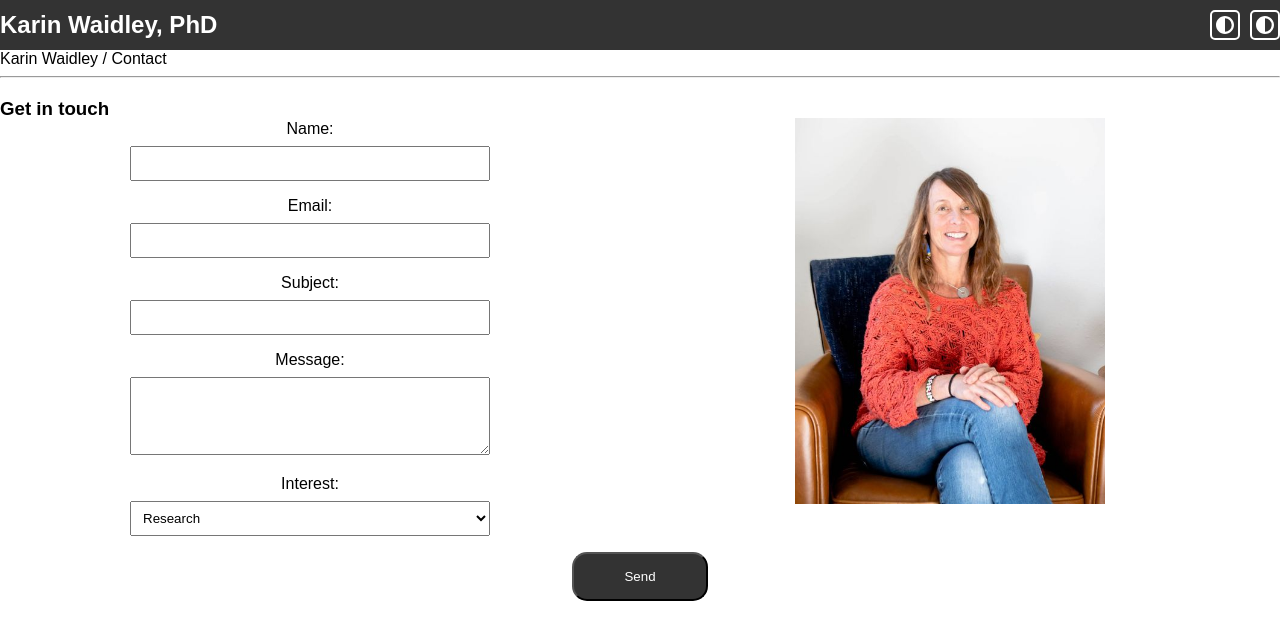
Repository: Ceasor7/Karin
Page: contact.html
An editor plug-in stored every save of this project. The page is shown before and after the next save, followed by the edit.
The browser window is 1280 px wide. The pictures show the whole page.

Above is the page before, as saved 2023-12-14 13:20:32.

After the next save:
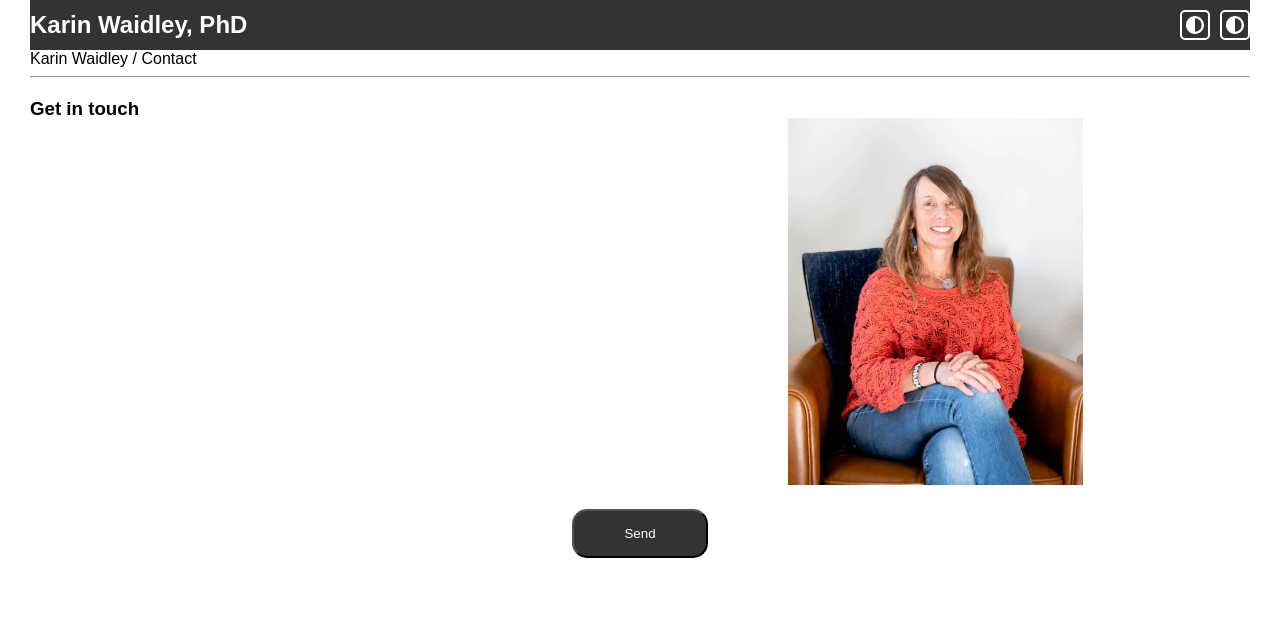
Saved 7 min 43 s later.
--- a/contact.html
+++ b/contact.html
@@ -22,6 +22,8 @@
         /* Global styles */
         body {
             font-family: Arial, sans-serif;
+            margin-left: 30px;
+            margin-right: 30px;
         }
 
         /* Navbar styles */
@@ -65,7 +67,8 @@
 
         /* Contact form styles */
         form {
-            max-width: 600px;
+            max-width: 60%;
+            /* Adjusted width */
             margin: 0 auto;
             text-align: center;
         }
@@ -78,7 +81,8 @@
         input,
         textarea,
         select {
-            width: 60%;
+            width: 100%;
+            /* Adjusted width */
             padding: 8px;
             margin-bottom: 16px;
             box-sizing: border-box;
@@ -109,6 +113,8 @@
 
         .form-button {
             text-align: center;
+            margin-top: 20px;
+            /* Added margin for spacing */
         }
 
         .formSend-button {
@@ -152,25 +158,7 @@
         <div>
             <h3>Get in touch</h3>
             <form>
-                <label for="name">Name:</label>
-                <input type="text" id="name" name="name" required>
-
-                <label for="email">Email:</label>
-                <input type="email" id="email" name="email" required>
-
-                <label for="subject">Subject:</label>
-                <input type="text" id="subject" name="subject" required>
-
-                <label for="message">Message:</label>
-                <textarea id="message" name="message" rows="4" required></textarea>
-
-                <label for="interest">Interest:</label>
-                <select id="interest" name="interest">
-                    <option value="research">Research</option>
-                    <option value="speaking">Speaking</option>
-                    <option value="teaching">Teaching</option>
-                    <option value="community-reach">Community Reach</option>
-                </select>
+                <!-- ... (your form content) ... -->
             </form>
         </div>
         <!-- New section with image -->
@@ -181,8 +169,6 @@
     <div class="form-button">
         <button class="formSend-button" type="submit">Send</button>
     </div>
-
-
 </body>
 
 </html>

After the save that followed:
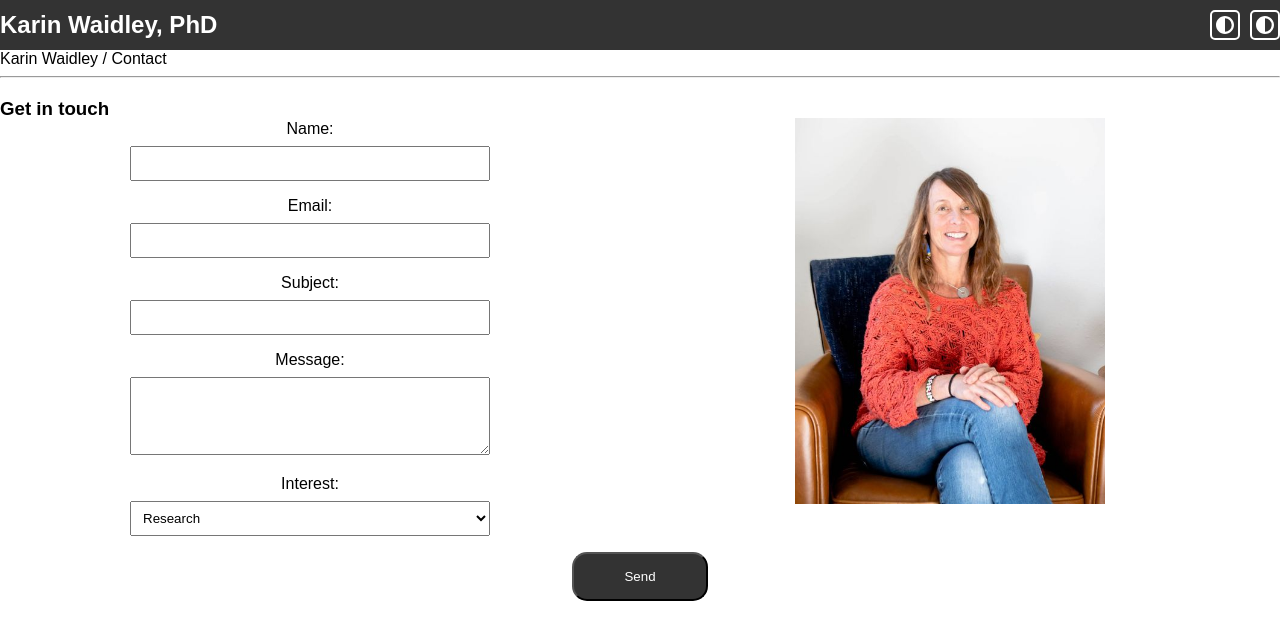
Saved 31 s later.
--- a/contact.html
+++ b/contact.html
@@ -22,8 +22,6 @@
         /* Global styles */
         body {
             font-family: Arial, sans-serif;
-            margin-left: 30px;
-            margin-right: 30px;
         }
 
         /* Navbar styles */
@@ -67,8 +65,7 @@
 
         /* Contact form styles */
         form {
-            max-width: 60%;
-            /* Adjusted width */
+            max-width: 600px;
             margin: 0 auto;
             text-align: center;
         }
@@ -81,8 +78,7 @@
         input,
         textarea,
         select {
-            width: 100%;
-            /* Adjusted width */
+            width: 60%;
             padding: 8px;
             margin-bottom: 16px;
             box-sizing: border-box;
@@ -113,8 +109,6 @@
 
         .form-button {
             text-align: center;
-            margin-top: 20px;
-            /* Added margin for spacing */
         }
 
         .formSend-button {
@@ -158,7 +152,25 @@
         <div>
             <h3>Get in touch</h3>
             <form>
-                <!-- ... (your form content) ... -->
+                <label for="name">Name:</label>
+                <input type="text" id="name" name="name" required>
+
+                <label for="email">Email:</label>
+                <input type="email" id="email" name="email" required>
+
+                <label for="subject">Subject:</label>
+                <input type="text" id="subject" name="subject" required>
+
+                <label for="message">Message:</label>
+                <textarea id="message" name="message" rows="4" required></textarea>
+
+                <label for="interest">Interest:</label>
+                <select id="interest" name="interest">
+                    <option value="research">Research</option>
+                    <option value="speaking">Speaking</option>
+                    <option value="teaching">Teaching</option>
+                    <option value="community-reach">Community Reach</option>
+                </select>
             </form>
         </div>
         <!-- New section with image -->
@@ -169,6 +181,8 @@
     <div class="form-button">
         <button class="formSend-button" type="submit">Send</button>
     </div>
+
+
 </body>
 
 </html>
